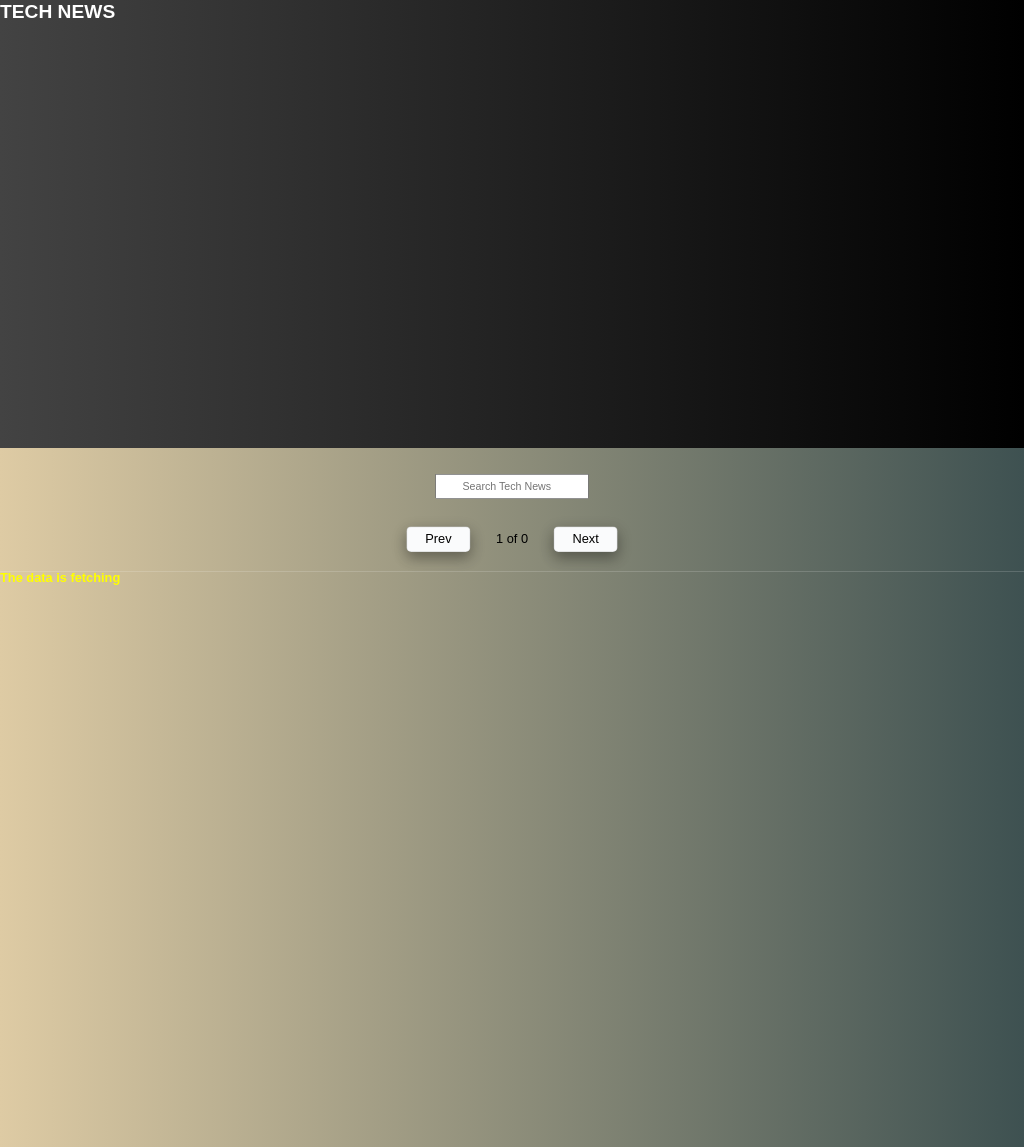
Repository: suraj-yadav7/TechNews
Page: /
An editor plug-in stored every save of this project. The page is shown before and after the next save, followed by the edit.
The browser window is 1280 px wide. The pictures show the whole page, at 80% of full size.
The page's requests for data from a server got no answer. The project was rebuilt for these pictures with package versions that can differ from the ones it lists, and the page was loaded fresh each time. No one was signed in, and anything a server would have sent is missing.

Above is the page before, as saved 2023-04-28 10:59:24.

After the next save:
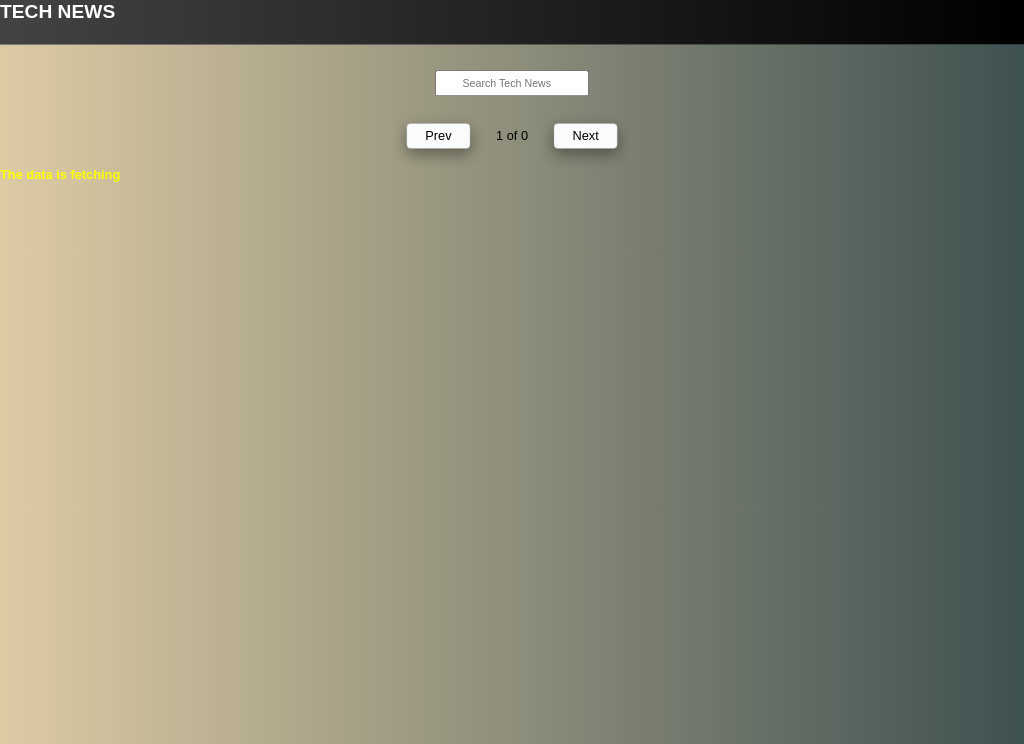
Saved 4 s later.
--- a/src/App.css
+++ b/src/App.css
@@ -8,7 +8,7 @@
 /* Navbar */
   .navbar{
     width: 100%;
-    height: 35rem;
+    height: 3.5rem;
     background-image: linear-gradient(to right, #434343 0%, black 100%);
     color:#fff;
   }
